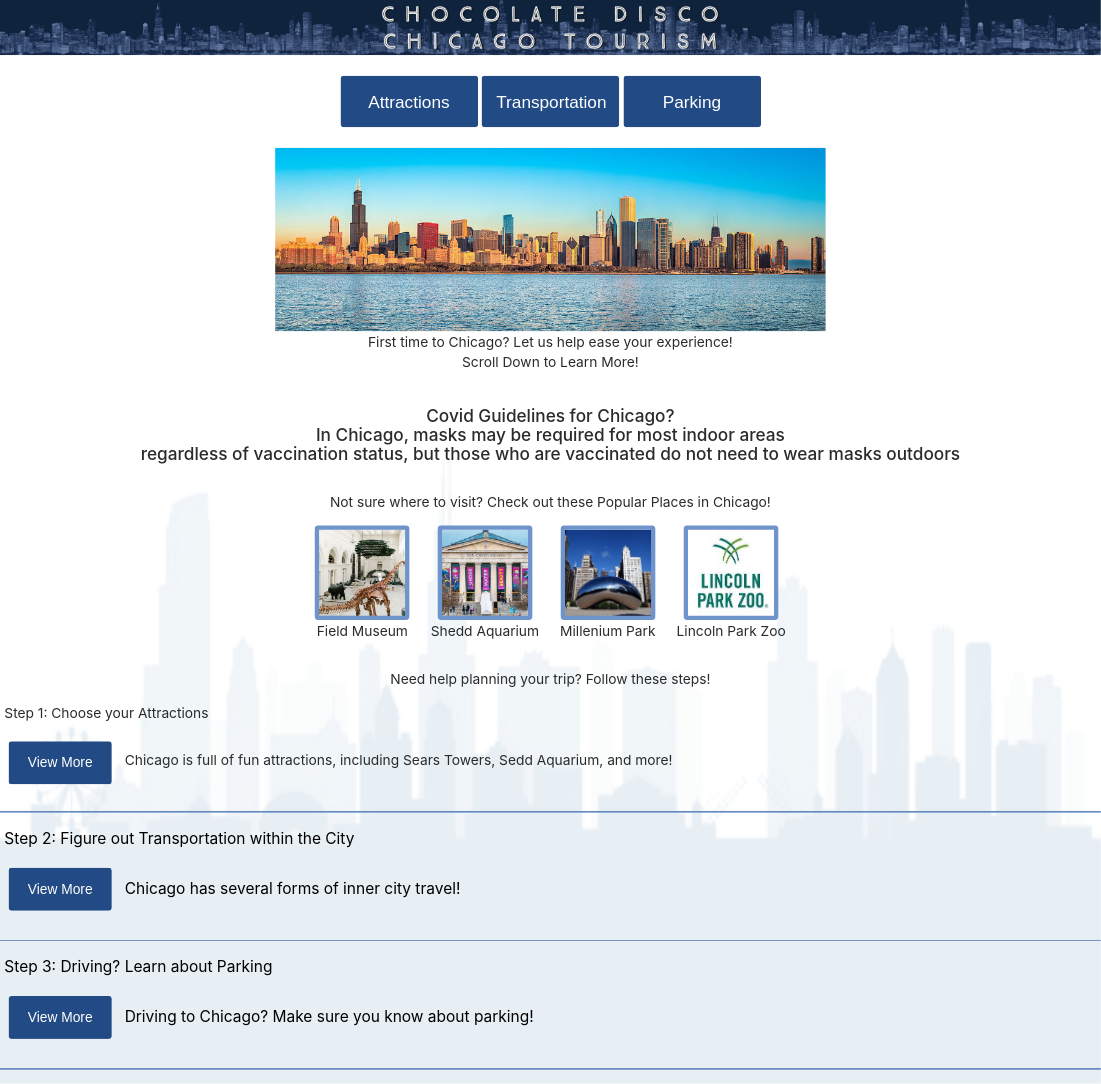
Repository: rkodit2/cs422project
Page: homepage.html
The author's editor kept a copy of each file at every save. The page is drawn from the files as they stood at one save, then again after the next save.
The browser window is 1280 px wide. The pictures show the whole page, at 86% of full size.

Above is the page before, as saved 2021-11-26 13:54:13.

After the next save:
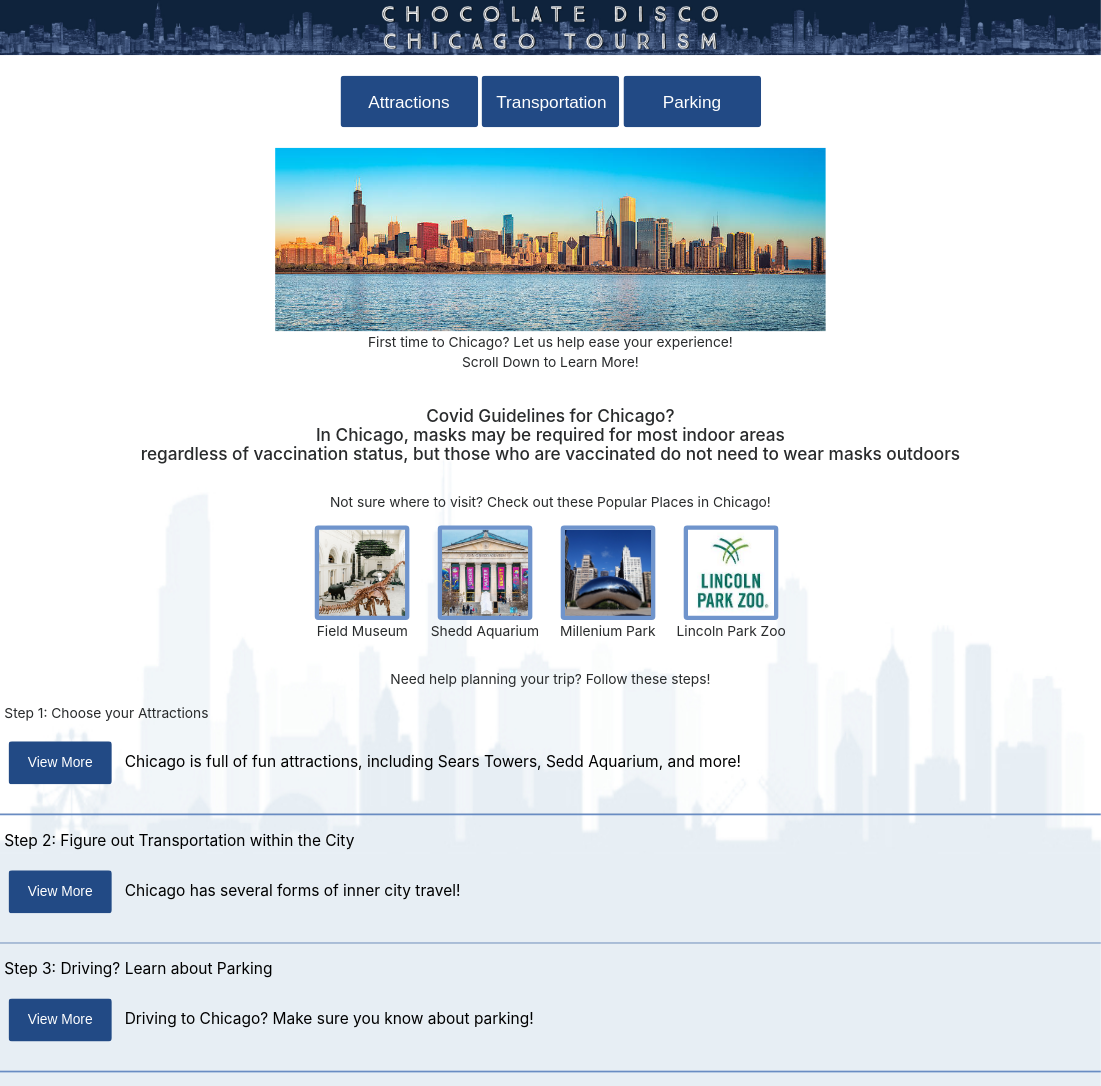
Saved 29 s later.
--- a/homepage.html
+++ b/homepage.html
@@ -68,7 +68,7 @@
     <div class= "viewMore">
       <button type ="button" id="VMA" class="btn" onclick="location.href='attractions.html';" style = "width: 120px; height:50px; vertical-align: middle; margin-left: 10px; margin-top: 5px; white-space: normal; background-color: rgb(34, 74, 133); color: white;" onmouseenter = "this.style.backgroundColor = 'rgb(111, 148, 204)'" onmouseleave="style.backgroundColor = 'rgb(34, 74, 133)'"> View More </button>
       <span style = "padding: 15px;">
-        <p>Chicago is full of fun attractions, including Sears Towers, Sedd Aquarium, and more! </p>
+        <p style="font-size: 18px;  color: black;"></pstyle>Chicago is full of fun attractions, including Sears Towers, Sedd Aquarium, and more! </p>
       </span>
     </div>
 
